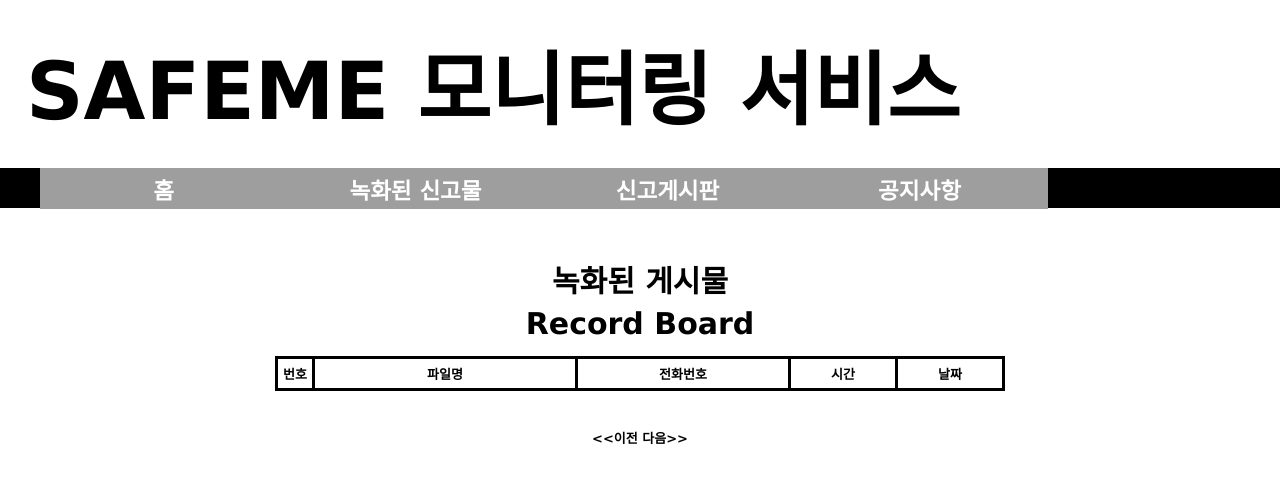
Repository: imdasom/SafeMe
Page: http://localhost/SafeMe/homepage/recordkesipan.jsp
These files come from the project's save history. The page is drawn as it stood at one moment and after the next save; the edit follows.
The browser window is 1280 px wide. The pictures show the whole page.
Pictures or frames that could not be fetched are drawn as grey boxes. The page is served by Tomcat 9. Queries for data that is not in the repository find no rows.

Above is the page before, as saved 2015-12-15 12:31:28.

After the next save:
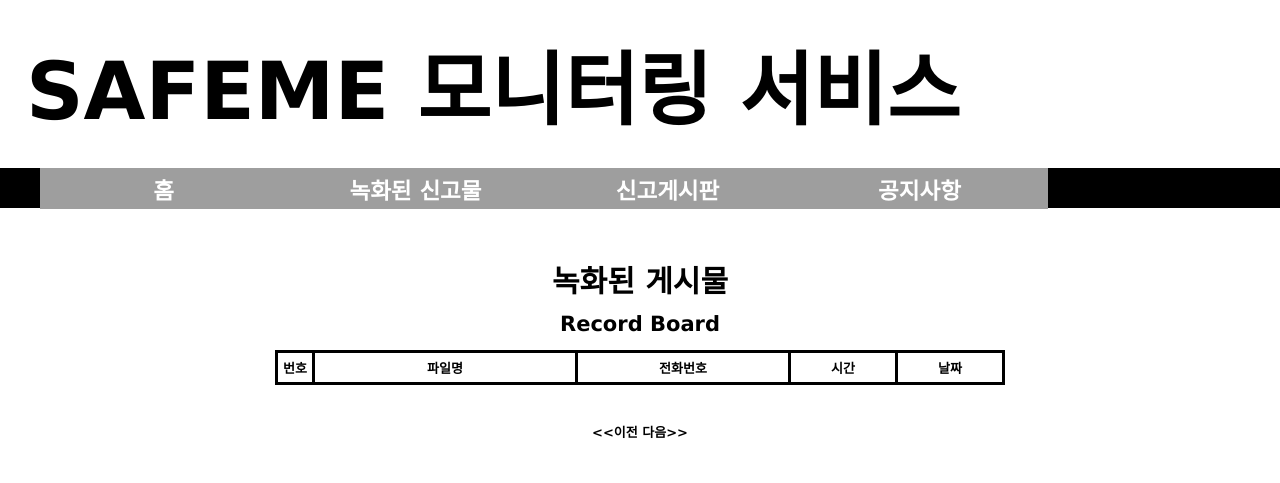
Saved 76 s later.
--- a/FinalSafeMeWeb/SafeMe/homepage/recordkesipan.jsp
+++ b/FinalSafeMeWeb/SafeMe/homepage/recordkesipan.jsp
@@ -7,7 +7,7 @@
 <body bgcolor="white" text="black" link="blue" vlink="red" alink="red">
 <p align="center"><br>
 <div align="center"><h1>녹화된 게시물</h1>
-<h1>Record Board</h1>
+<h1 style="font-size: 140%;">Record Board</h1>
 <table border="0" cellpadding="0" cellspacing="0" width="700">
   	<tr>
         <td bgcolor="black"><table border="0" cellpadding="5" cellspacing="3" width="100%">
